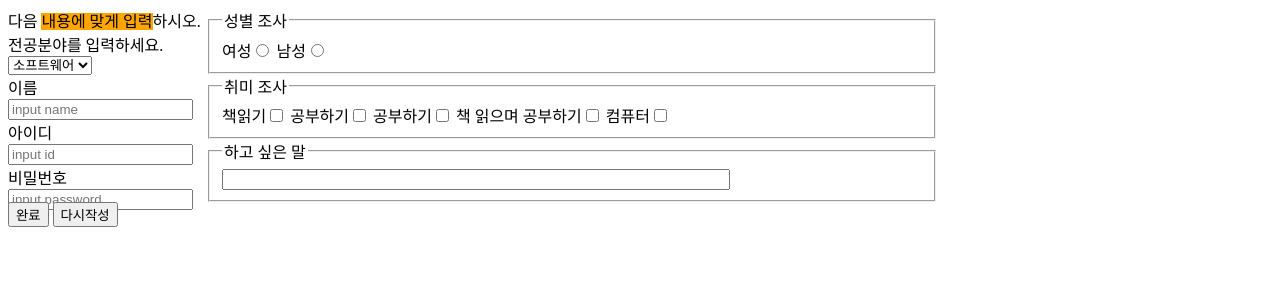
Repository: jwlee0714/HTML
Page: html/quiz-설문조사.html
An editor plug-in stored every save of this project. The page is shown before and after the next save, followed by the edit.
The browser window is 1280 px wide. The pictures show the whole page.

Above is the page before, as saved 2021-10-05 09:09:14.

After the next save:
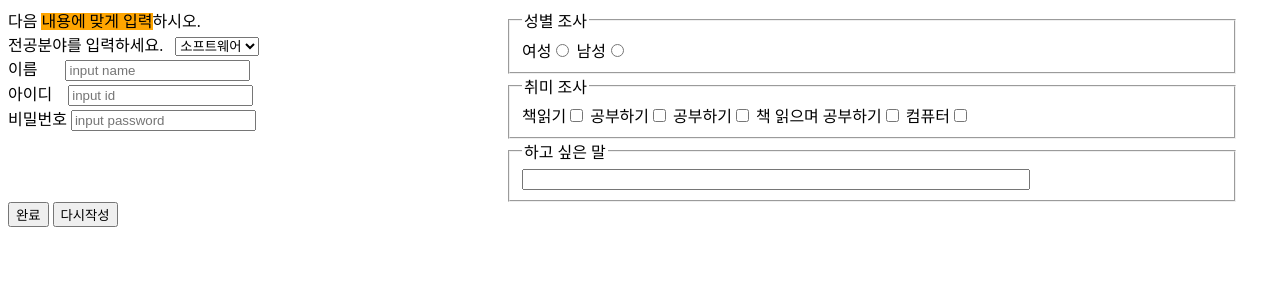
Saved 60 s later.
--- a/html/quiz-설문조사.html
+++ b/html/quiz-설문조사.html
@@ -7,7 +7,7 @@
 <body>
 
 
-	<div style="width:200px; height:150px;  float:left;">
+	<div style="width:500px; height:150px;  float:left;">
 
 		<span >다음</span>
 		<span style="background-color:orange;">내용에 맞게 입력</span>하시오.
